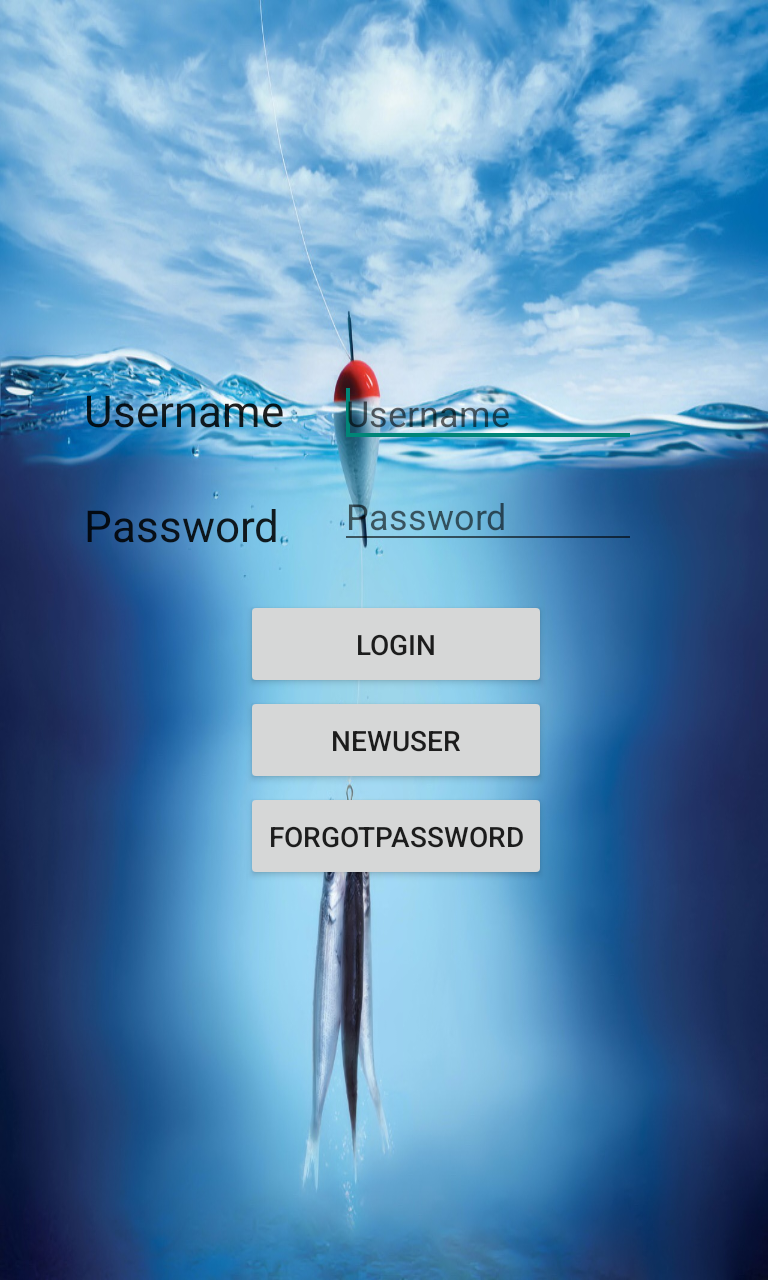
Repository: zerox2012/Fall2014Android
Layout: FishingBuddy/res/layout/activity_login.xml
An editor plug-in stored every save of this project. The layout is shown before and after the next save, followed by the edit.
It is drawn on a 768 x 1280 px phone screen (xhdpi) without system bars, with theme AppTheme; the app's code is not run.

Above is the layout before, as saved 2014-10-20 18:07:22.

After the next save:
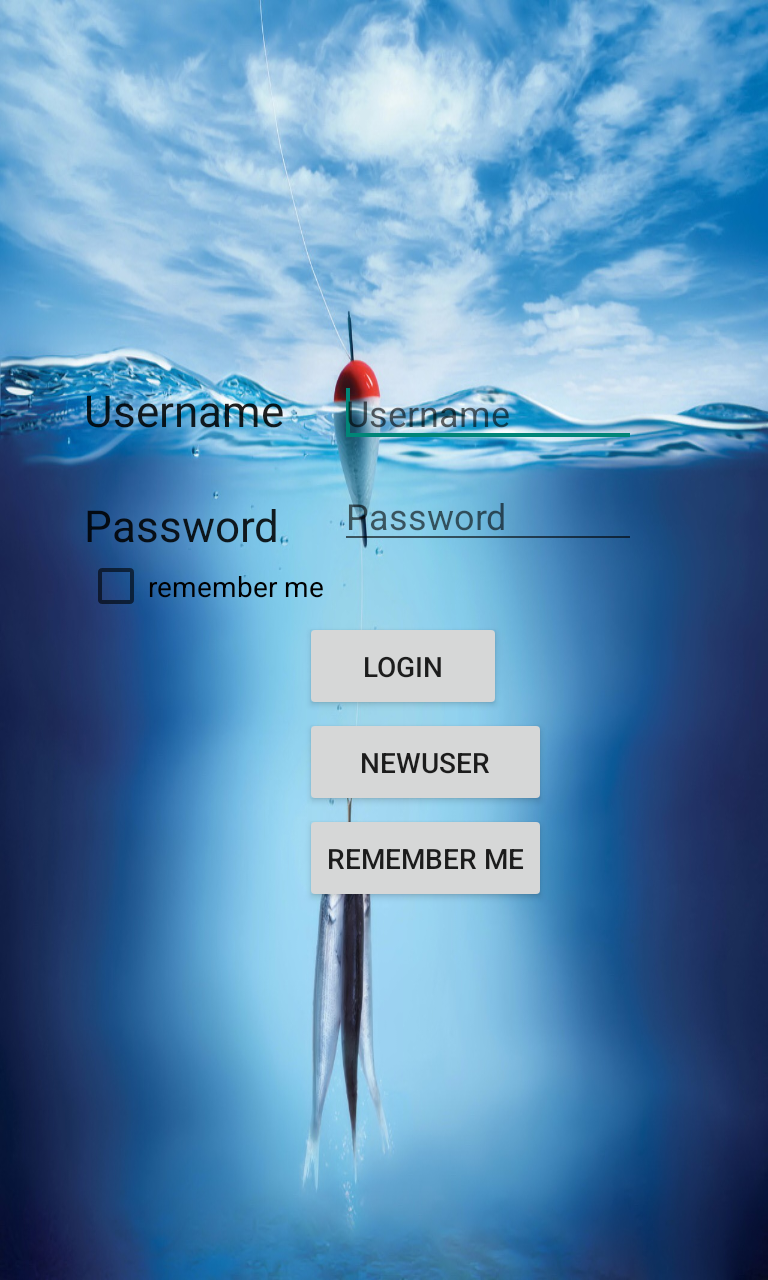
Saved 46 min 49 s later.
--- a/FishingBuddy/res/layout/activity_login.xml
+++ b/FishingBuddy/res/layout/activity_login.xml
@@ -31,7 +31,8 @@
         android:layout_toRightOf="@+id/textView1"
         android:ems="10"
         android:hint="@string/user_name"
-        android:inputType="text" />
+        android:inputType="text"
+        android:scrollHorizontally="false" />
 
     <EditText
         android:id="@+id/input_username"
@@ -55,17 +56,6 @@
         android:textAppearance="?android:attr/textAppearanceLarge" />
 
     <Button
-        android:id="@+id/button_login"
-        android:layout_width="100dp"
-        android:layout_height="wrap_content"
-        android:layout_alignLeft="@+id/button_forgot_password"
-        android:layout_alignRight="@+id/input_username"
-        android:layout_below="@+id/textView2"
-        android:layout_marginRight="45dp"
-        android:layout_marginTop="21dp"
-        android:text="@string/button_login" />
-
-    <Button
         android:id="@+id/button_new_user"
         android:layout_width="wrap_content"
         android:layout_height="wrap_content"
@@ -82,6 +72,22 @@
         android:layout_alignRight="@+id/input_username"
         android:layout_below="@+id/button_new_user"
         android:layout_marginRight="45dp"
-        android:text="@string/title_activity_forgot_password" />
+        android:text="@string/remember_me" />
+
+    <CheckBox
+        android:id="@+id/checkBox1"
+        android:layout_width="wrap_content"
+        android:layout_height="wrap_content"
+        android:layout_alignLeft="@+id/textView2"
+        android:layout_below="@+id/textView2"
+        android:text="@string/remember_me" />
+
+    <Button
+        android:id="@+id/button_login"
+        android:layout_width="100dp"
+        android:layout_height="wrap_content"
+        android:layout_alignLeft="@+id/button_forgot_password"
+        android:layout_below="@+id/checkBox1"
+        android:text="@string/button_login" />
 
 </RelativeLayout>
--- a/FishingBuddy/res/values/strings.xml
+++ b/FishingBuddy/res/values/strings.xml
@@ -15,5 +15,6 @@
     <string name="button_login">Login</string>
     <string name="new_user">New User</string>
     <string name="forgot_password">Forgot Password</string>
+    <string name="remember_me">remember me</string>
 
 </resources>
